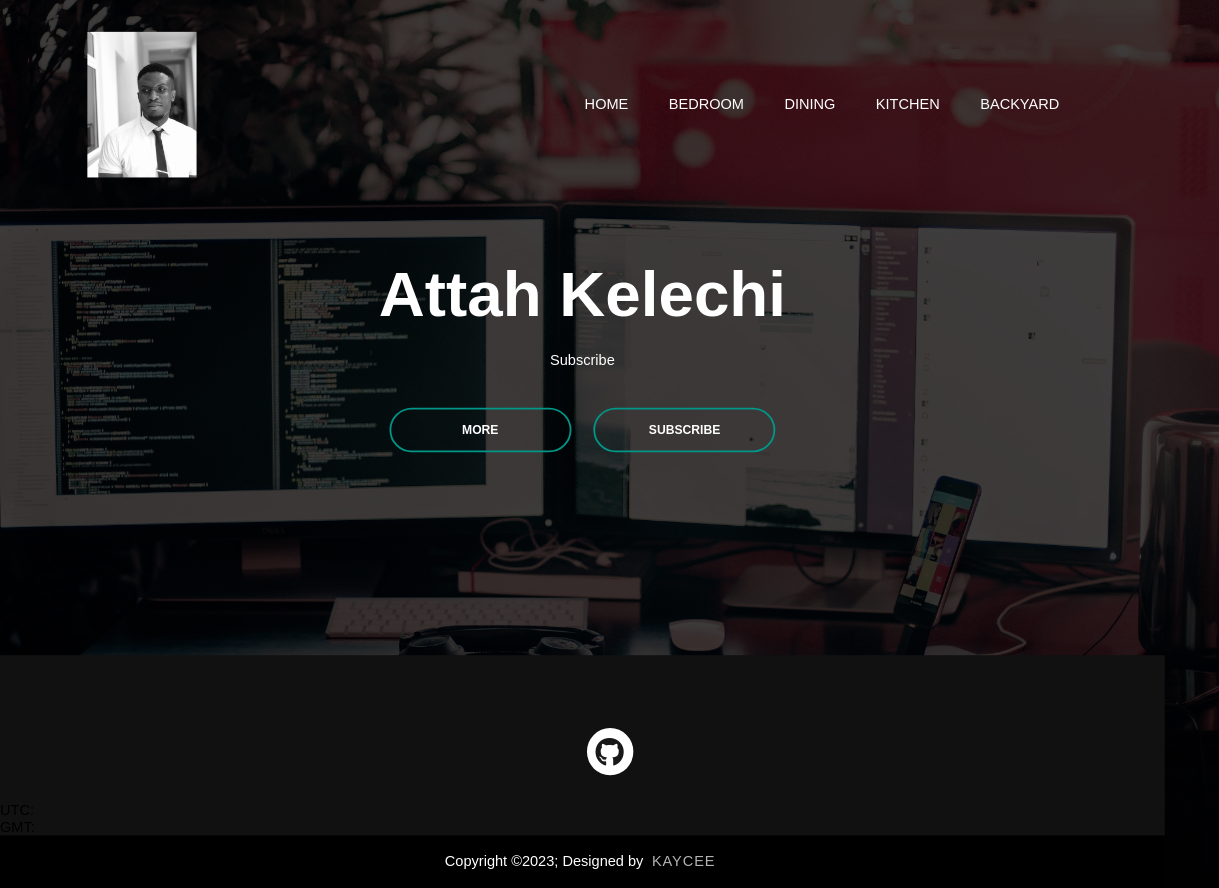
Repository: Kaycee-attah/HNG-Internship_2023
Page: index.html
An editor plug-in stored every save of this project. The page is shown before and after the next save, followed by the edit.
The browser window is 1280 px wide. The page is 1340 px wide, so the pictures cover 1340 px, including what lies to the right of the window. The pictures show the whole page, at 91% of full size.

Above is the page before, as saved 2023-09-07 03:07:49.

After the next save:
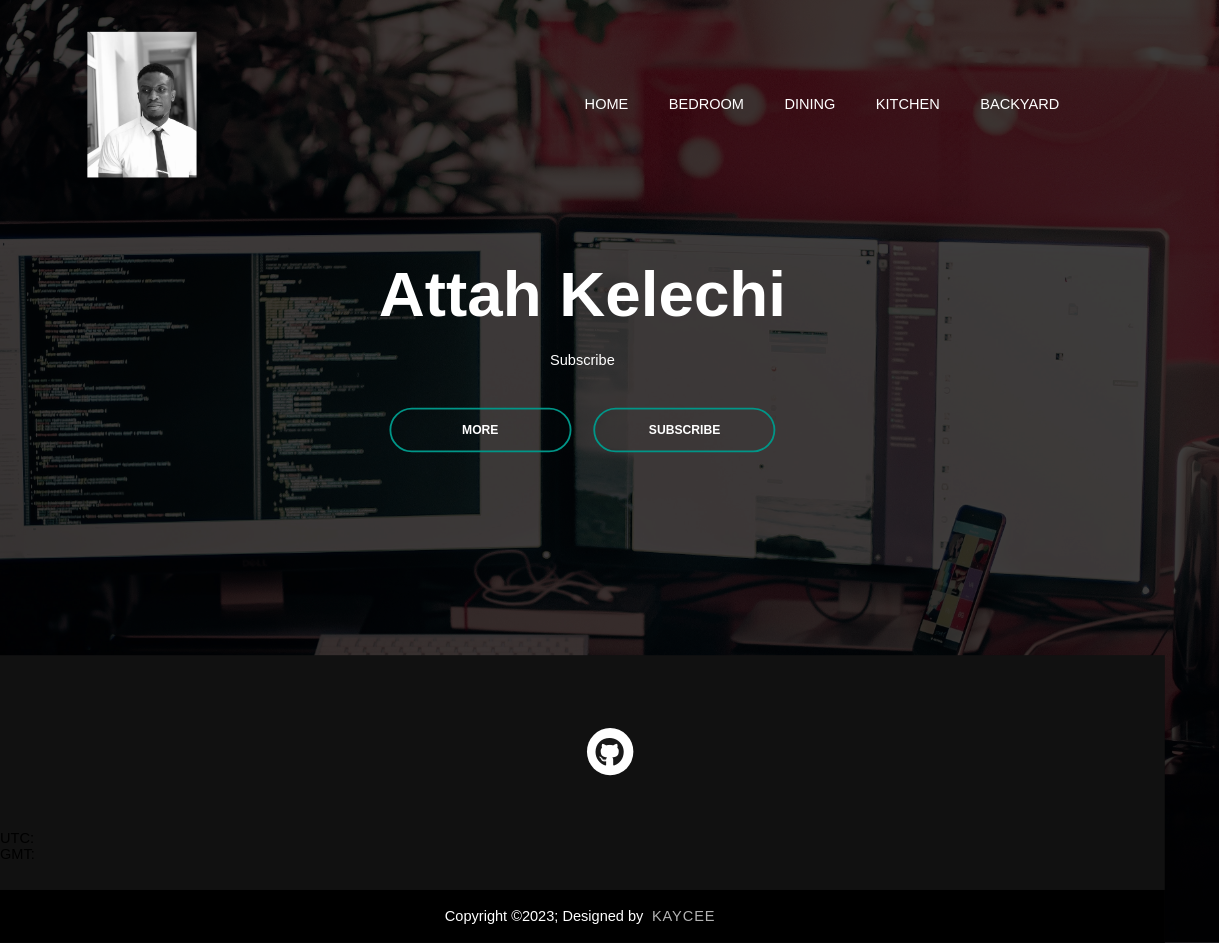
Saved 82 s later.
--- a/style.css
+++ b/style.css
@@ -130,6 +130,10 @@ footer{
     background-color: white;
     transition: 0.5s;
 }
+.footer_Info{
+    margin: 30px 0;
+}
+
 .footer_Bottom {
     background-color: #000;
     padding: 20px;
